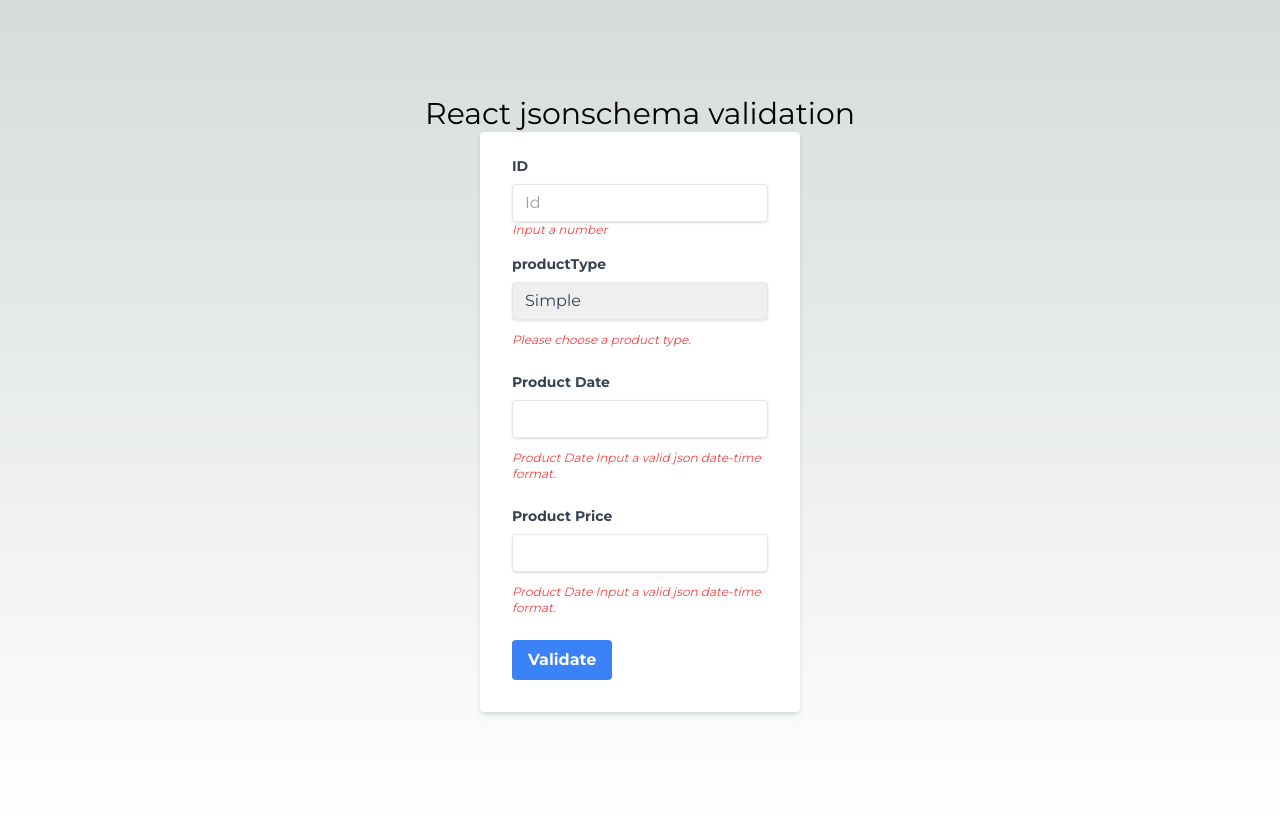
Repository: rajsenthil/react-jsonschema-validation
Page: /
The author's editor kept a copy of each file at every save. The page is drawn from the files as they stood at one save, then again after the next save.
The browser window is 1280 px wide. The pictures show the whole page.
The page's requests for data from a server got no answer. The project was rebuilt for these pictures with package versions that can differ from the ones it lists, and the page was loaded fresh each time. The framework's server and built-in components were replaced by stand-ins that run in the browser. No one was signed in, and anything a server would have sent is missing. Also part of the build but not shown: next.config.js.

Above is the page before, as saved 2023-09-13 11:16:49.

### pages/index.tsx
import Image from 'next/image'
import { Montserrat } from 'next/font/google'
import { useEffect, useState } from 'react'
import { useForm } from 'react-hook-form'
import { yupResolver } from '@hookform/resolvers/yup'
import * as Yup from 'yup'

const montserrat = Montserrat({ subsets: ['latin'] })

export default function Home() {
  const [schema, setSchema] = useState()
  const [yupSchema, setYupSchema] = useState()
  const [formOptions, setFormOptions] = useState<any>()

  const config = {
    // for error messages...
    errMessages: {
      id: {
        required: 'An ID is required',
      },
      productType: {
        required: 'Product Type is required',
        format:
          'Simple, Configurable, Grouped, Virtual, Bundle are valid values',
      },
      product_date: {
        required: 'Product date is required',
        type: 'Product date must be of date-time format',
        format: 'Product date must be of date-time format',
      },
      productPrice: {
        required: 'Product Price is required',
      },
    },
  }
  // const { buildYup } = require('schema-to-yup')
  useEffect(() => {
    const res = fetch(`/product-schema`)
      .then((data: any) => {
        console.log(data)
        setSchema(data)
        // const ySchema = buildYup(schema, config)
        // setYupSchema(ySchema)
        const validationSchema = Yup.object().shape(data)
        const tempOptions = { resolver: yupResolver(validationSchema) }
        setFormOptions(tempOptions)
      })
      .catch((err) => {
        console.log(err)
      })
  }, [])

  // get functions to build form with useForm() hook
  const { register, handleSubmit, reset, formState } = useForm(formOptions)
  const { errors } = formState

  function onSubmit(data: any) {
    // display form data on success
    alert('SUCCESS!! :-)\n\n' + JSON.stringify(data, null, 4))
    return false
  }

  return (
    <main
      className={`flex min-h-screen flex-col items-center justify-between p-24 ${montserrat.className}`}
    >
      <div className='text-base lg:text-3xl md:text-lg sm:text-sm'>
        React jsonschema validation
      </div>
      <div className='w-full max-w-xs'>
        <form className='bg-white shadow-md rounded px-8 pt-6 pb-8 mb-4'>
          <div className='mb-4'>
            <label className='block text-gray-700 text-sm font-bold mb-2'>
              ID
            </label>
            <input
              className='shadow appearance-none border rounded w-full py-2 px-3 text-gray-700 leading-tight focus:outline-none focus:shadow-outline'
              id='id'
              type='text'
              placeholder='Id'
            />
            <p className='text-red-500 text-xs italic'>
              Input a number
            </p>
          </div>
          <div className='mb-6'>
            <label className='block text-gray-700 text-sm font-bold mb-2'>
              productType
            </label>
            <select
              className='shadow appearance-none border rounded w-full py-2 px-3 text-gray-700 mb-3 leading-tight focus:outline-none focus:shadow-outline'
              id='productType'
            >
              <option value='Simple'>Simple</option>
              <option value='Configurable'>Configurable</option>
              <option value='Grouped'>Grouped</option>
              <option value='Virtual'>Virtual</option>
              <option value='Bundle'>Bundle</option>
            </select>
            <p className='text-red-500 text-xs italic'>
              Please choose a product type.
            </p>
          </div>
          <div className='mb-6'>
            <label className='block text-gray-700 text-sm font-bold mb-2'>
              Product Date
            </label>
            <input
              className='shadow appearance-none border rounded w-full py-2 px-3 text-gray-700 mb-3 leading-tight focus:outline-none focus:shadow-outline'
              id='productDate'
            />
            <p className='text-red-500 text-xs italic'>
              Product Date Input a valid json date-time format.
            </p>
          </div>
          <div className='mb-6'>
            <label className='block text-gray-700 text-sm font-bold mb-2'>
              Product Price
            </label>
            <input
              className='shadow appearance-none border rounded w-full py-2 px-3 text-gray-700 mb-3 leading-tight focus:outline-none focus:shadow-outline'
              id='productDate'
            />
            <p className='text-red-500 text-xs italic'>
              Product Date Input a valid json date-time format.
            </p>
          </div>
          <div className='flex items-center justify-between'>
            <button
              className='bg-blue-500 hover:bg-blue-700 text-white font-bold py-2 px-4 rounded focus:outline-none focus:shadow-outline'
              type='button'
            >
              Validate
            </button>
          </div>
        </form>
      </div>
    </main>
  )
}

Loaded but not shown: pages/_app.tsx (common file); pages/_document.tsx (common file); styles/globals.css (common file); tailwind.config.ts (common file)

After the next save:
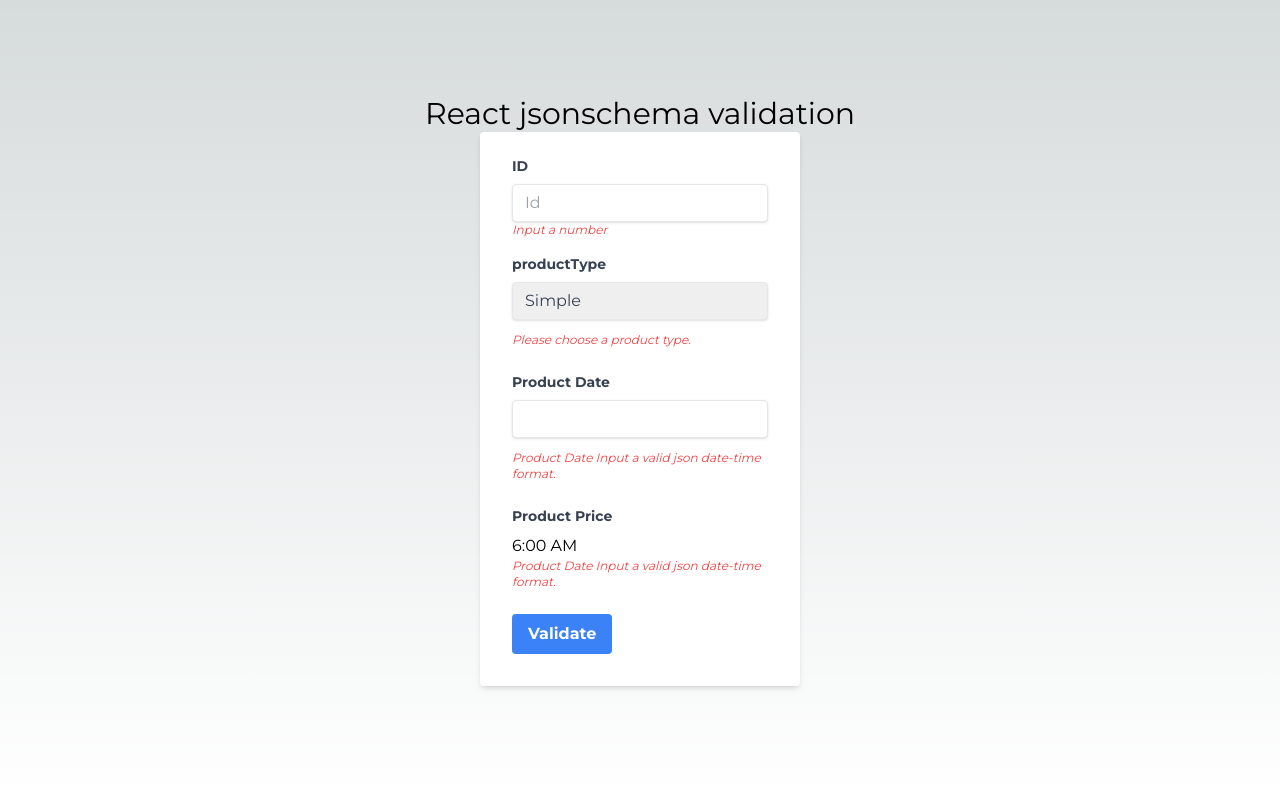
Saved 3 min 58 s later.
--- a/pages/index.tsx
+++ b/pages/index.tsx
@@ -79,9 +79,7 @@ export default function Home() {
               type='text'
               placeholder='Id'
             />
-            <p className='text-red-500 text-xs italic'>
-              Input a number
-            </p>
+            <p className='text-red-500 text-xs italic'>Input a number</p>
           </div>
           <div className='mb-6'>
             <label className='block text-gray-700 text-sm font-bold mb-2'>
@@ -117,10 +115,13 @@ export default function Home() {
             <label className='block text-gray-700 text-sm font-bold mb-2'>
               Product Price
             </label>
-            <input
+            {/* <input
               className='shadow appearance-none border rounded w-full py-2 px-3 text-gray-700 mb-3 leading-tight focus:outline-none focus:shadow-outline'
               id='productDate'
-            />
+            /> */}
+            <time id='productDate'  dateTime='2022-01-22T06:00'>
+              6:00 AM
+            </time>
             <p className='text-red-500 text-xs italic'>
               Product Date Input a valid json date-time format.
             </p>
